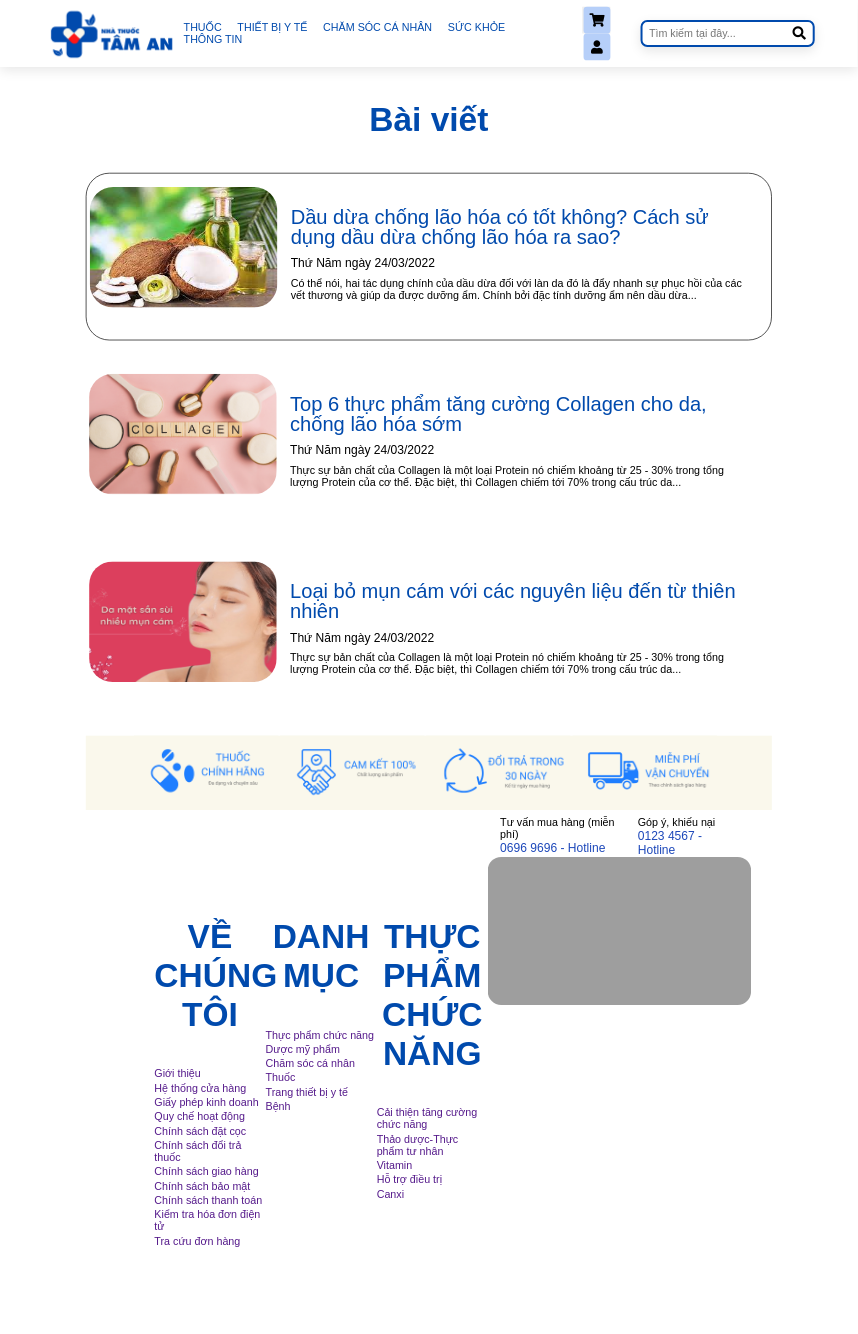
Repository: ViralAIWorks/TamAnPharmacy.github.io
Page: pages/chamsoccanhan.html
These files come from the project's save history. The page is drawn as it stood at one moment and after the next save; the edit follows.
The browser window is 1280 px wide. The pictures show the whole page, at 67% of full size.
The pointer rests on the first visible `.t-news`.
Pictures or frames that could not be fetched are drawn as grey boxes. Some web fonts or font styles are not loaded; a fallback is used.

Above is the page before, as saved 2022-03-23 19:18:40.
Console error: ReferenceError: Swiper is not defined

### pages/chamsoccanhan.html
<!DOCTYPE html>
<html lang="en">

<head>
    <meta charset="UTF-8">
    <meta http-equiv="X-UA-Compatible" content="IE=edge">
    <meta name="viewport" content="width=device-width, initial-scale=1.0">
    <title>Sức Khỏe</title>
    <link rel="stylesheet" href="https://cdnjs.cloudflare.com/ajax/libs/font-awesome/5.15.4/css/all.min.css" />
    <link rel="stylesheet" href="./chamsoccanhan.css">
    <link rel="stylesheet" href="./style/style_cactrang.css">

</head>

<body>
    <header>
        <header class="header">
            <a href="../index.html">
                <img src="images/logo/logo2.png" width="200px" height="200px" alt="tamanlogo" />
            </a>
            <!--tao thanh navbar-->
            <nav class="navbar">
                <a href="../pages/Giohang/cart.html">THUỐC</a>
                <a href="../pages/Giohang/tbyt.html">THIẾT BỊ Y TẾ</a>
                <a href="../pages/chamsoccanhan.html">CHĂM SÓC CÁ NHÂN</a>
                <a href="../pages/suckhoe.html">SỨC KHỎE</a>
                <a href="../pages/thongtin.html">THÔNG TIN</a>
            </nav>
            <!--tao thanh tim kiem, gio hang va nutlogin-->
            <div class="icons">
                <div class="fas fa-search" id="search-btn"></div>
                <button id="cart">
                <div class="fas fa-shopping-cart" id="cart-btn" aria-hidden="true"></div>
            </button>

                <div class="fas fa-user" id="login-btn"></div>
            </div>

            <!--Tao form tim kiem-->
            <form action="" class="search-form">
                <input type="search" id="search-box" placeholder="Tìm kiếm tại đây..." />
                <label for="search-box" class="fas fa-search"></label>
            </form>

            <!--tao form login-->
            <form action="" class="login-form">
                <h3>Đăng nhập</h3>
                <input type="email" placeholder="Email" class="box">
                <br />
                <input type="password" placeholder="Password" class="box">
                <p>Quên mật khẩu? <a href="#">Click vào đây</a></p>
                <p>Chưa có tài khoản? <a href="pages/signupform.html">Đăng ký ngay</a></p>
                <input type="submit" value="Đăng Nhập" class="btn">
            </form>
        </header>
        <div class="ss-chuyende-news">
            <h2>Bài viết</h2>
            <!-- blog-1 -->
            <article class="t-news">
                <div class="blog-img">
                    <div>
                        <a href="blog/khoedep1.HTML">
                            <img src="./blog/22.jfif" alt="Dầu dừa chống lão hóa có tốt không? Cách sử dụng dầu dừa chống lão hóa ra sao?" class="loaded">
                        </a>
                    </div>
                </div>
                <div class="width-h3">
                    <div class="blog-link">
                        <a href="blog/khoedep1.HTML">
                        Dầu dừa chống lão hóa có tốt không? Cách sử dụng dầu dừa chống lão hóa ra sao?                        </a>
                    </div>
                    <br>
                    <div class="blog-content">
                        <span class="date">Thứ Năm ngày 24/03/2022</span>
                    </div>
                    <p>Có thể nói, hai tác dụng chính của dầu dừa đối với làn da đó là đẩy nhanh sự phục hồi của các vết thương và giúp da được dưỡng ẩm. Chính bởi đặc tính dưỡng ẩm nên dầu dừa...</p>
                </div>
            </article>
            <!-- khoedep1 -->
            <article class="t-news">
                <div class="blog-img">
                    <div>
                        <a href="blog/khoedep2.HTML">
                            <img src="./blog/23.png" alt="Top 6 thực phẩm tăng cường Collagen cho da, chống lão hóa sớm" class="loaded">
                        </a>
                    </div>
                </div>
                <div class="width-h3">
                    <div class="blog-link">
                        <a href="blog/khoedep2.HTML">
                        Top 6 thực phẩm tăng cường Collagen cho da, chống lão hóa sớm</a>
                    </div>
                    <br>
                    <div class="blog-content">
                        <span class="date">Thứ Năm ngày 24/03/2022</span>
                    </div>
                    <p>Thực sự bản chất của Collagen là một loại Protein nó chiếm khoảng từ 25 - 30% trong tổng lượng Protein của cơ thể. Đặc biệt, thì Collagen chiếm tới 70% trong cấu trúc da...</p>
                </div>
            </article>
            <!-- khoedep2 -->
            <article class="t-news">
                <div class="blog-img">
                    <div>
                        <a href="blog/khoedep3.HTML">
                            <img src="./blog/24.png" alt="Loại bỏ mụn cám với các nguyên liệu đến từ thiên nhiên" class="loaded">
                        </a>
                    </div>
                </div>
                <div class="width-h3">
                    <div class="blog-link">
                        <a href="blog/khoedep3.HTML">
                        Loại bỏ mụn cám với các nguyên liệu đến từ thiên nhiên </a>
                    </div>
                    <br>
                    <div class="blog-content">
                        <span class="date">Thứ Năm ngày 24/03/2022</span>
                    </div>
                    <p>Thực sự bản chất của Collagen là một loại Protein nó chiếm khoảng từ 25 - 30% trong tổng lượng Protein của cơ thể. Đặc biệt, thì Collagen chiếm tới 70% trong cấu trúc da...</p>
                </div>
            </article>
            <script src="../json/homepage.js"></script>

</body>
<footer>
    <div class="ft-bar">
        <div class="ft-display_img">
            <img src="../pages/images/Footer-ThongTin/thuoc.png" alt="">
            <img src="../pages/images/Footer-ThongTin/camket.png" alt=" ">
            <img src="../pages/images/Footer-ThongTin/doitra.png " alt="">
            <img src="../pages/images/Footer-ThongTin/free.png" alt="">
        </div>
    </div>
    <div class="list">
        <div class="footer-menu">
            <h2>VỀ CHÚNG TÔI</h2>
            <div class="ft-list">
                <a href=""> Giới thiệu </a>
                <a href=""> Hệ thống cửa hàng </a>
                <a href=""> Giấy phép kinh doanh </a>
                <a href=""> Quy chế hoạt động </a>
                <a href=""> Chính sách đặt cọc </a>
                <a href=""> Chính sách đổi trả thuốc </a>
                <a href=""> Chính sách giao hàng </a>
                <a href=""> Chính sách bảo mật </a>
                <a href=""> Chính sách thanh toán </a>
                <a href=""> Kiểm tra hóa đơn điện tử </a>
                <a href=""> Tra cứu đơn hàng </a>
            </div>
        </div>
        <div class="footer-menu">
            <h2>DANH MỤC</h2>
            <div class="ft-list">
                <a href=""> Thực phẩm chức năng </a>
                <a href=""> Dược mỹ phẩm </a>
                <a href=""> Chăm sóc cá nhân </a>
                <a href=""> Thuốc </a>
                <a href=""> Trang thiết bị y tế </a>
                <a href=""> Bệnh </a>
            </div>
        </div>
        <div class="footer-menu">
            <h2>THỰC PHẨM CHỨC NĂNG</h2>
            <div class="ft-list">
                <a href="">Cải thiện tăng cường chức năng</a>
                <a href=""> Thảo dược-Thực phẩm tư nhân </a>
                <a href=""> Vitamin </a>
                <a href=""> Hỗ trợ điều trị </a>
                <a href=""> Canxi </a>
            </div>
        </div>
        <div class="footer-contact_width ft-qr">
            <div class="ft-contact">
                <div>
                    <p class="ft-service">Tư vấn mua hàng (miễn phí)</p>
                    <a href="" class="phone" width="143px" height="25px">0696 9696 - Hotline</a>
                </div>
                <div>
                    <p class="ft-service">Góp ý, khiếu nại</p>
                    <a href="" class="phone" width="143px" height="25px">0123 4567 - Hotline</a>
                </div>
            </div>
            <div>
                <img src="../images/qrcode.jpg" width="80%" class="qr-border" alt="">
            </div>
        </div>
    </div>
    </div>
</footer>

### pages/chamsoccanhan.css
@import url("https://fonts.googleapis.com/css2?family=Source+Sans+3:ital,wght@0,200;0,300;0,400;0,500;0,600;0,700;0,800;0,900;1,200;1,300;1,400;1,500;1,600;1,700;1,800;1,900&display=swap");
:root {
    --box-shadow: 0 0.5rem 1.5rem rgba(0, 0, 0, 0.1);
    --border: 0.2rem solid rgba(0, 0, 0, 0.1);
    --outline: 0.1rem solid rgba(0, 0, 0, 0.1);
    --outline-hover: 0.2rem solid var(--black);
}


/*css cho nen trang web*/

* {
    font-family: "Source Sans 3", sans-serif;
    padding: 0px;
    margin: 0px;
    box-sizing: border-box;
    outline: none;
    border: none;
    text-decoration: none;
    text-transform: None;
    transition: all 0.2s linear;
}

body {
    margin: 0 auto;
    width: auto;
}


/*html*/

html {
    font-size: 75%;
}


/*css cho header*/

.header {
    display: flex;
    justify-content: space-between;
    align-items: center;
    padding: 0px 5%;
    position: fixed;
    top: 0;
    left: 0;
    right: 0;
    background: white;
    z-index: 1000;
    box-shadow: var(--box-shadow);
    max-height: 100px;
}

.header .logo {
    cursor: pointer;
}

.header .navbar a {
    font-size: 16px;
    font-family: "Source Sans 3", sans-serif;
    color: #004aad;
    font-weight: 500;
    text-decoration: none;
    transition: all 0.3s ease 0s;
    display: inline-block;
    padding: 0px 10px;
}


/*hover: hieu ung khi di chuot toi vi tri*/

.header .navbar a:hover {
    color: aqua;
}

.header .icons div:hover {
    color: white;
}

.header .search-form label:hover {
    color: Highlight;
}

.header .icons div {
    height: 40px;
    width: 40px;
    line-height: 40px;
    border-radius: 5px;
    background: #b6cff9;
    color: var(--black);
    font-size: 20px;
    margin-left: 2px;
    cursor: pointer;
    text-align: center;
}


/*an icon tim kiem lon*/

#search-btn {
    display: none;
}

.header .search-form {
    position: sticky;
    overflow: hidden;
    border-radius: 10px;
    display: flex;
    box-shadow: var(--box-shadow);
    align-items: center;
    width: auto;
    height: 40px;
    border-style: solid;
    border-color: #004aad;
}

.header .search-form.active {
    right: 2rem;
    transition: 0.4s linear;
}

.header .search-form input {
    height: 100%;
    width: 100%;
    background: none;
    text-transform: none;
    font-size: 16px;
    color: var(--black);
    padding: 0px 10px;
}


/* icon kính lúp*/

.header .search-form label {
    font-size: 20px;
    padding-right: 10px;
    color: var(--black);
    cursor: pointer;
}


/*form dang nhap*/

.header .login-form {
    position: absolute;
    top: 110%;
    right: -110%;
    width: 25%;
    box-shadow: var(--box-shadow);
    padding: 20px;
    border-radius: 7px;
    background: #fff;
    text-align: left;
    font-family: 'Source Sans 3';
    border-style: solid;
    border-width: 2px;
    border-color: #004aad;
}

.header .login-form h3 {
    font-size: 22px;
    text-transform: uppercase;
    color: #004aad;
    font-family: 'Source Sans 3';
    text-align: center;
}

.header .login-form .box {
    margin: 5px;
    border-radius: 7px;
    width: 100%;
    padding: 8px;
    font-size: 16px;
    color: black;
    background: #eee;
    text-transform: none;
}

.header .login-form p {
    font-size: 14px;
    padding: 5px;
}

.header .login-form.active {
    right: 32px;
    transition: 0.5s linear;
}

.ss-chuyende-news {
    margin: 10% 10%;
}

.ss-chuyende-news h2 {
    margin-top: 150px;
    margin-bottom: 50px;
    color: #004aad;
    font-size: 50px;
    text-align: center;
}

.logo {
    width: 200px;
    height: 200px;
}

.loaded {
    width: 280px;
    height: 180px;
    border-radius: 35px;
}

.blog-link a {
    color: #004aad;
    font-size: 30px;
    line-height: 30px;
}

.date {
    font-size: 18px;
}

p {
    font-size: 16px;
}

.width-h3 {
    font-family: 36px;
    margin-left: 2%;
    margin-bottom: 10%;
}

article {
    display: flex;
    margin-bottom: 30px;
    padding: 20px 25px 20px 5px;
}

.blog-link {
    margin-top: 30px;
}

.blog-content {
    margin-bottom: 10px;
}

.t-news {
    height: 250px;
    border-radius: 25px;
}

.t-news:hover {
    border: 0.5px solid;
    border-radius: 35px;
}

### pages/style/style_cactrang.css
/* <<<<<<< Updated upstream */

@import url("https://fonts.googleapis.com/css2?family=Source+Sans+3:ital,wght@0,200;0,300;0,400;0,500;0,600;0,700;0,800;0,900;1,200;1,300;1,400;1,500;1,600;1,700;1,800;1,900&display=swap");
:root {
    --box-shadow: 0 0.5rem 1.5rem rgba(0, 0, 0, 0.1);
    --border: 0.2rem solid rgba(0, 0, 0, 0.1);
    --outline: 0.1rem solid rgba(0, 0, 0, 0.1);
    --outline-hover: 0.2rem solid var(--black);
}


/*css cho nen trang web*/

* {
    font-family: "Source Sans 3", sans-serif;
    padding: 0px;
    margin: 0px;
    box-sizing: border-box;
    outline: none;
    border: none;
    text-decoration: none;
    text-transform: None;
    transition: all 0.2s linear;
}

body {
    margin: 0 auto;
    width: auto;
    overflow-x: hidden;
}


/*html*/

html {
    font-size: 75%;
}


/*css cho header*/

.header {
    display: flex;
    justify-content: space-between;
    align-items: center;
    padding: 0px 5%;
    position: fixed;
    top: 0;
    left: 0;
    right: 0;
    background: white;
    z-index: 1000;
    box-shadow: var(--box-shadow);
    max-height: 100px;
}

.header .logo {
    cursor: pointer;
}

.header .navbar a {
    font-size: 16px;
    font-family: "Source Sans 3", sans-serif;
    color: #004aad;
    font-weight: 500;
    text-decoration: none;
    transition: all 0.3s ease 0s;
    display: inline-block;
    padding: 0px 10px;
}


/*hover: hieu ung khi di chuot toi vi tri*/

.header .navbar a:hover {
    color: aqua;
}

.header .icons div:hover {
    color: white;
}

.header .search-form label:hover {
    color: Highlight;
}

.header .icons div {
    height: 40px;
    width: 40px;
    line-height: 40px;
    border-radius: 5px;
    background: #b6cff9;
    color: var(--black);
    font-size: 20px;
    margin-left: 2px;
    cursor: pointer;
    text-align: center;
}


/*an icon tim kiem lon*/

#search-btn {
    display: none;
}

.header .search-form {
    position: sticky;
    overflow: hidden;
    border-radius: 10px;
    display: flex;
    box-shadow: var(--box-shadow);
    align-items: center;
    width: auto;
    height: 40px;
    border-style: solid;
    border-color: #004aad;
}

.header .search-form.active {
    right: 2rem;
    transition: 0.4s linear;
}

.header .search-form input {
    height: 100%;
    width: 100%;
    background: none;
    text-transform: none;
    font-size: 16px;
    color: var(--black);
    padding: 0px 10px;
}


/* icon kính lúp*/

.header .search-form label {
    font-size: 20px;
    padding-right: 10px;
    color: var(--black);
    cursor: pointer;
}


/*form dang nhap*/

.header .login-form {
    position: absolute;
    top: 110%;
    right: -110%;
    width: 25%;
    box-shadow: var(--box-shadow);
    padding: 20px;
    border-radius: 7px;
    background: #fff;
    text-align: left;
    font-family: 'Source Sans 3';
    border-style: solid;
    border-width: 2px;
    border-color: #004aad;
}

.header .login-form h3 {
    font-size: 22px;
    text-transform: uppercase;
    color: #004aad;
    font-family: 'Source Sans 3';
    text-align: center;
}

.header .login-form .box {
    margin: 5px;
    border-radius: 7px;
    width: 100%;
    padding: 8px;
    font-size: 16px;
    color: black;
    background: #eee;
    text-transform: none;
}

.header .login-form p {
    font-size: 14px;
    padding: 5px;
}

.header .login-form.active {
    right: 32px;
    transition: 0.5s linear;
}


/*end formlogin*/


/*Picture*/

#aboutus-picture {
    position: center;
    width: 100%;
    height: 100%;
    display: block;
    padding-top: 2%;
}


/*Page Thong Tin*/

.pagethongtin {
    margin-top: 100px;
    margin-left: 5%;
    margin-right: 5%;
    font-family: "Source Sans 3", sans-serif;
    font-size: large;
}

main div h3 {
    text-align: center;
}

main div p {
    text-indent: 1cm;
    text-align: justify;
    margin: 1px 10%;
    padding-bottom: 0.5cm;
}

main {
    display: grid;
    grid-template-rows: auto;
}

.titleSize {
    font-size: xx-large;
    margin-bottom: 30px;
    color: #004aad;
}

.flex-vision {
    margin-right: 10%;
}

.flex-info,
.flex-vision {
    display: flex;
    width: 100%;
}

.content div {
    margin-top: 2%;
}

.align-p {
    color: #004aad;
    margin: 0 10%;
}

.flex-des {
    display: flex;
}

.content-width_1 {
    position: relative;
}

.content-width_3 {
    margin-left: 5%;
}

#img3-position {
    text-align: right;
    border-radius: 10%;
}

.img25-position {
    border-radius: 10%;
}

.list {
    display: flex;
    margin-left: 10%;
    margin-top: 1%;
    text-align: left;
}

.footer-menu {
    width: 18%;
}

.footer-contact_width {
    width: 40%;
}

.ft-list {
    display: grid;
    font-size: medium;
}

.ft-list a {
    padding: 1% 0;
    width: auto
}

.ft-contact {
    display: flex;
}

.ft-contact div {
    padding-left: 5%;
    font-size: large;
}

.phone {
    color: #1d48ba;
    display: inline;
}

.ft-bar {
    background-color: #faf8ec;
    margin-top: 10px;
    width: 100%;
}

.ft-display_img {
    display: block;
    position: relative;
    left: 7%;
    justify-content: space-between;
}

.ft-display_img img {
    width: 21%;
}

.qr-border {
    border-radius: 20px;
    display: block;
    width: 32.75em;
    height: 18.416666666666668em;
}

### json/homepage.js
// index.html json
//signin form
let loginForm = document.querySelector('.login-form');
document.querySelector('#login-btn').onclick = () => {
    loginForm.classList.toggle('active');
}



var swiper = new Swiper(".product-slider", {
    loop: true,
    spaceBetween: 20,
    autoplay: {
        delay: 7500,
        disableOnInteraction: false,
    },
    centeredSlides: true,
    breakpoints: {
        0: {
            slidesPerView: 1,
        },
        768: {
            slidesPerView: 2,
        },
        1020: {
            slidesPerView: 3,
        },
    },
});

After the next save:
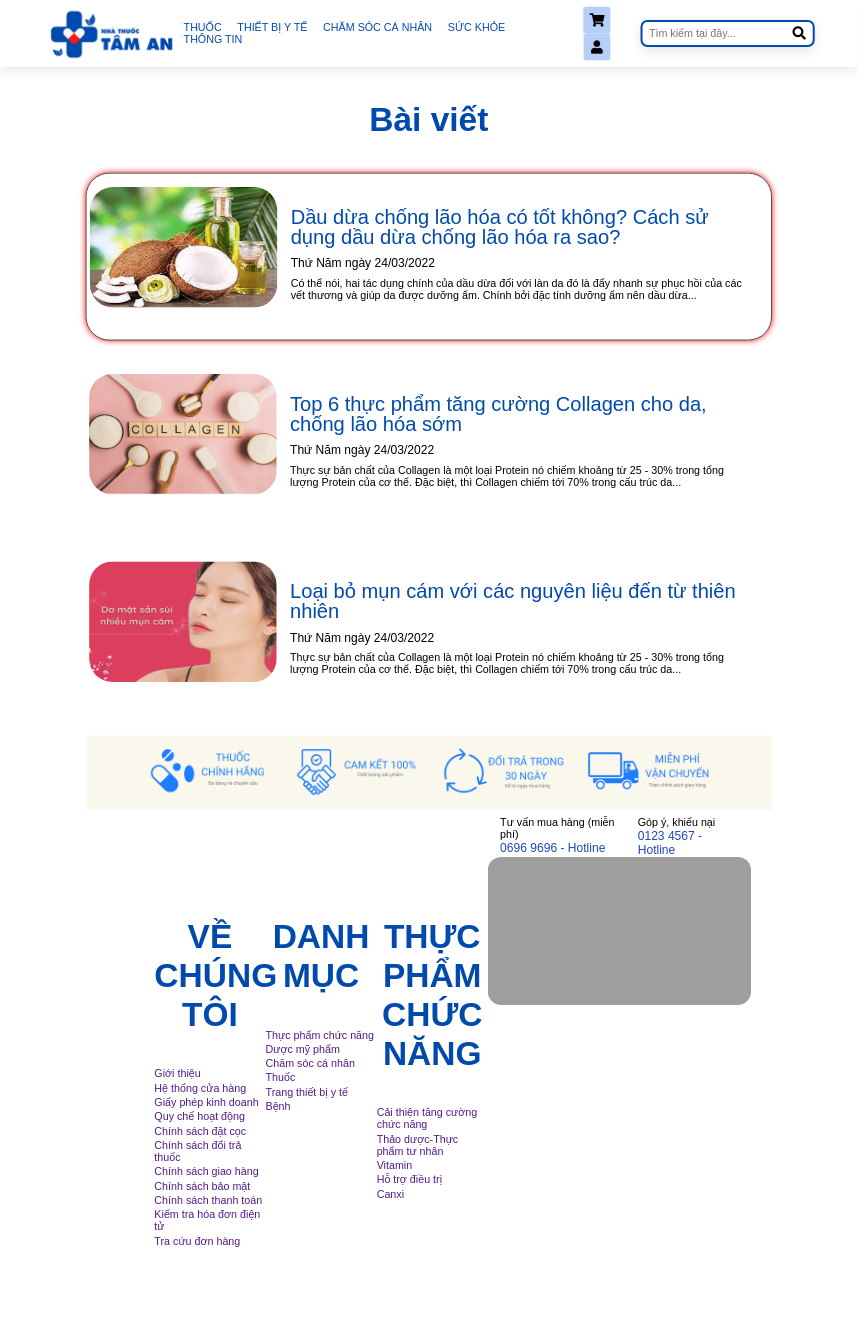
Saved 63 s later.
--- a/pages/chamsoccanhan.css
+++ b/pages/chamsoccanhan.css
@@ -252,4 +252,5 @@
 .t-news:hover {
     border: 0.5px solid;
     border-radius: 35px;
-}
+    box-shadow: red 0px 0px 9px 0px;
+}

After the save that followed:
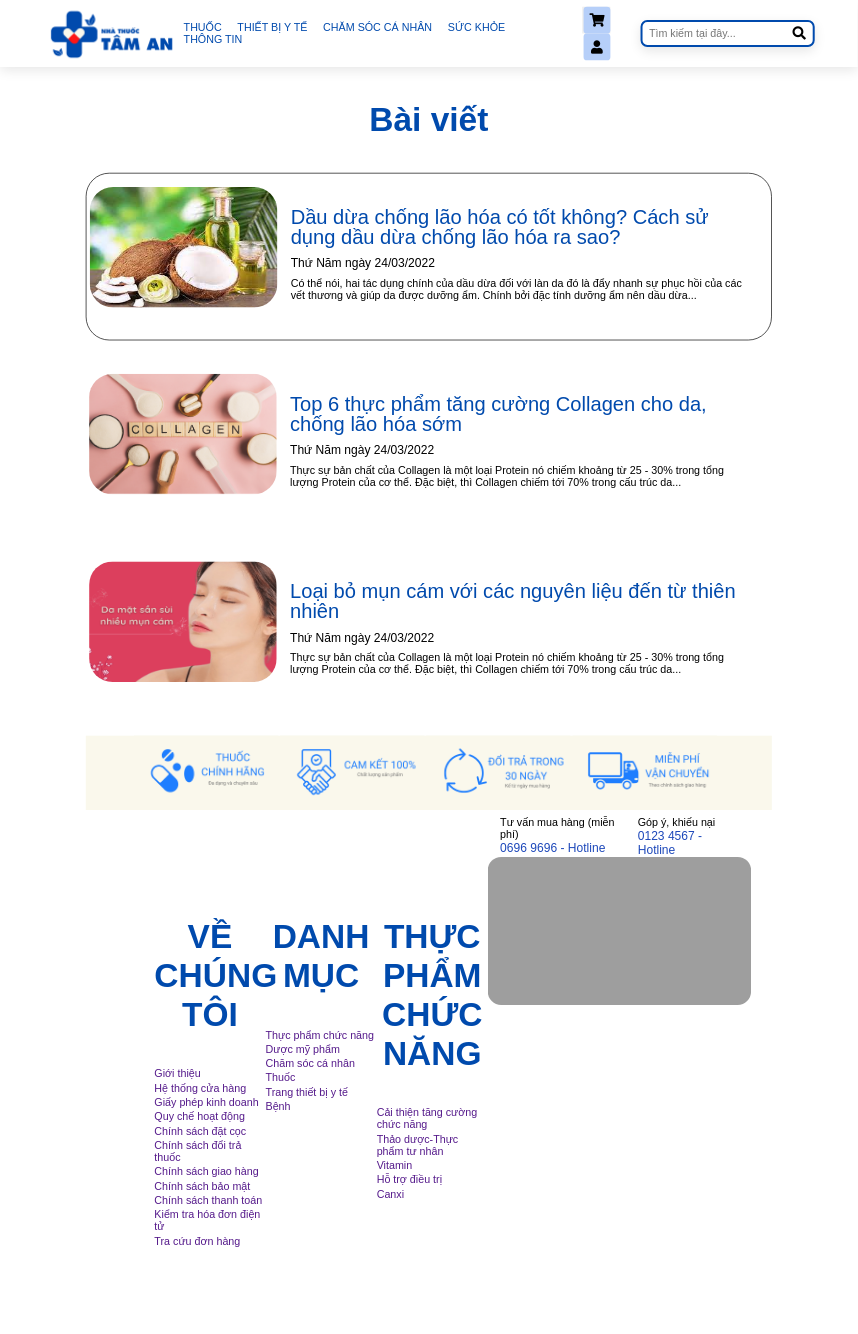
Saved 11 s later.
--- a/pages/chamsoccanhan.css
+++ b/pages/chamsoccanhan.css
@@ -252,5 +252,4 @@
 .t-news:hover {
     border: 0.5px solid;
     border-radius: 35px;
-    box-shadow: red 0px 0px 9px 0px;
-}
+}
